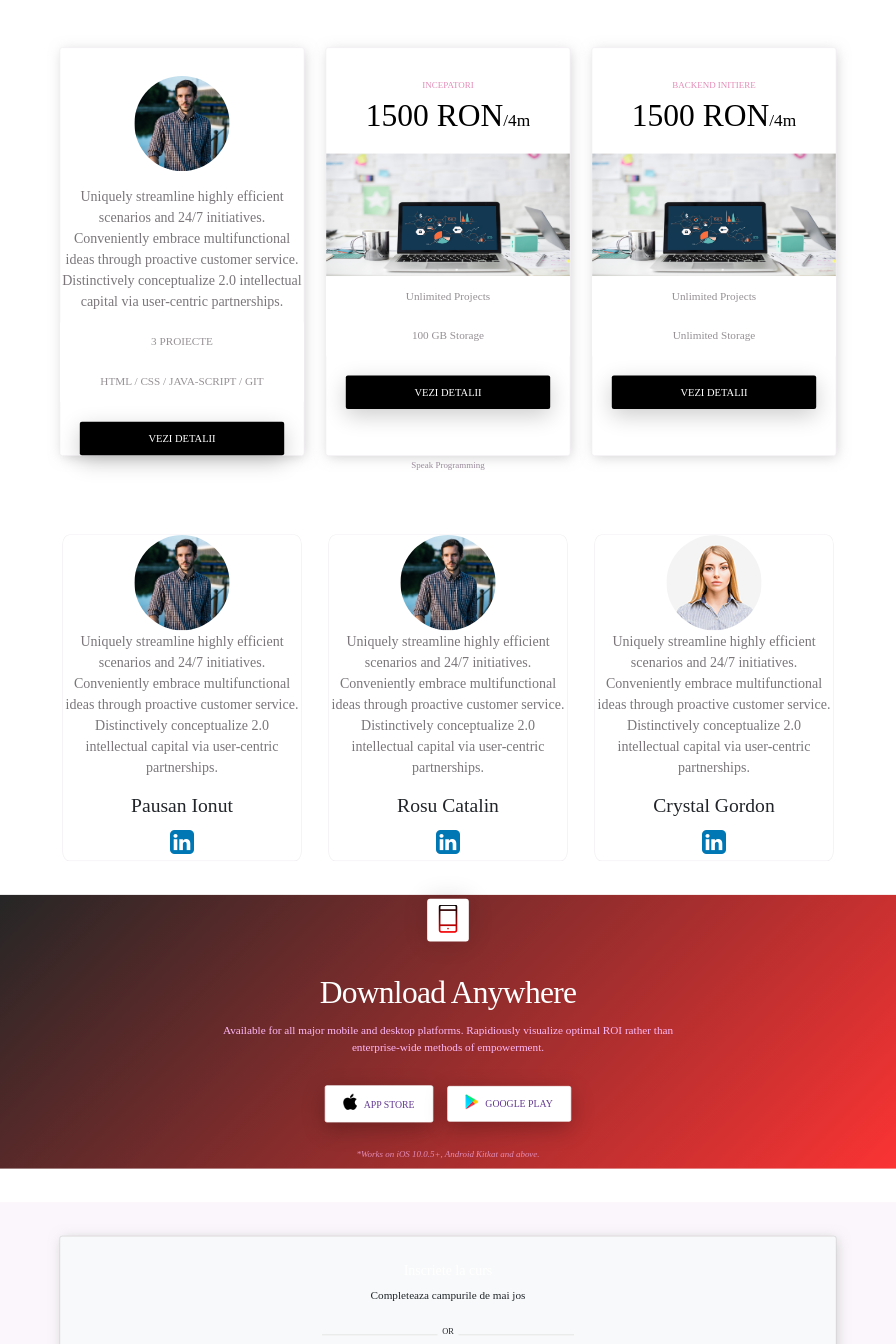
Repository: RosuCatalinDorin/ITSchool
Page: home-page/index.html
An editor plug-in stored every save of this project. The page is shown before and after the next save, followed by the edit.
The browser window is 1280 px wide. The pictures show the part of the page from y = 1398 to 3318 px (the page is 4219 px tall before and 4211 px after), at 70% of full size.
Some web libraries are served in a nearby version.

Above is the page before, as saved 2019-03-13 18:30:46.

After the next save:
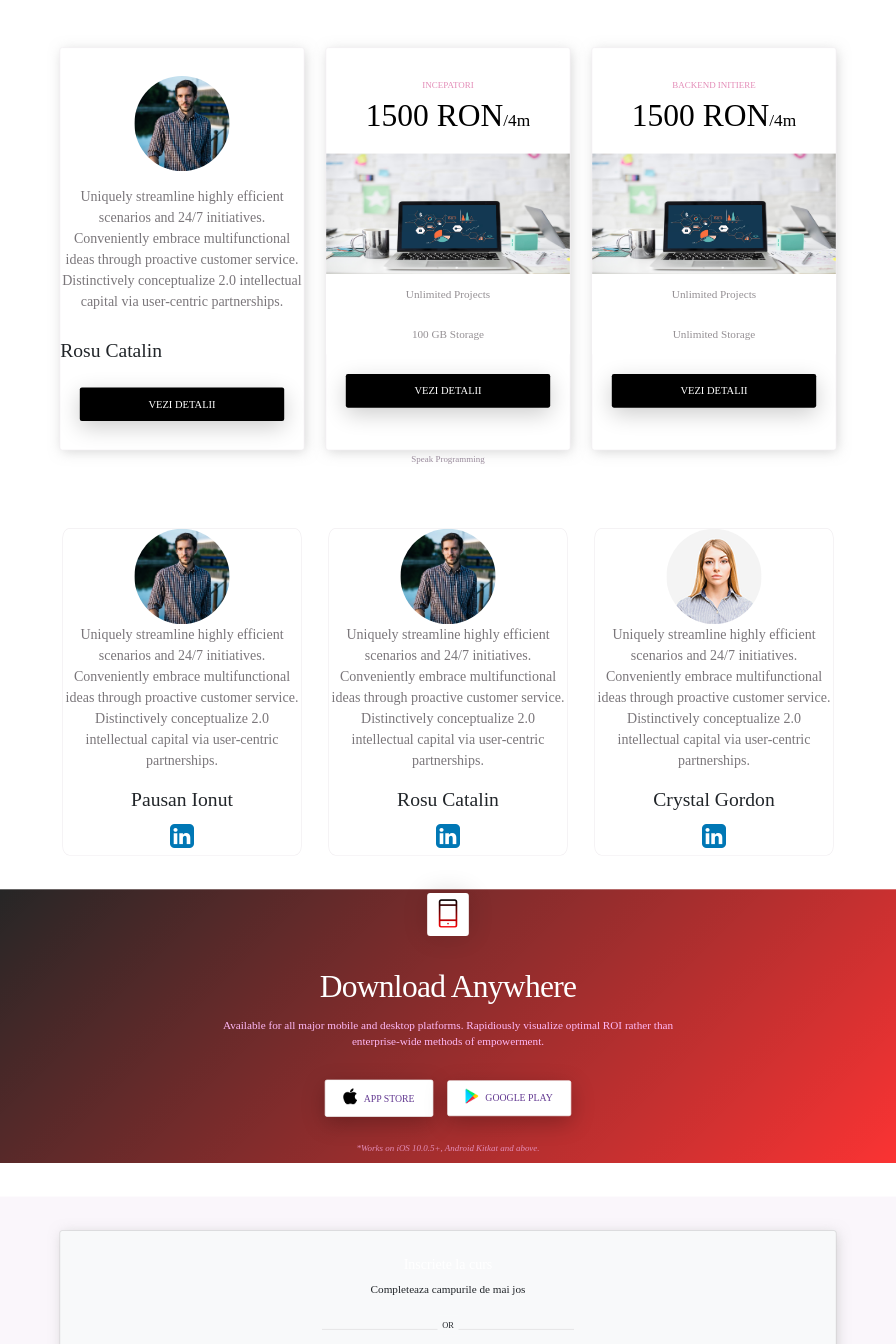
Saved 34 s later.
--- a/home-page/index.html
+++ b/home-page/index.html
@@ -149,8 +149,7 @@
                         </div>
                         <blockquote class="blockquote text-center">Uniquely streamline highly efficient scenarios and 24/7 initiatives. Conveniently embrace multifunctional ideas through proactive customer service. Distinctively conceptualize 2.0 intellectual capital via user-centric partnerships.</blockquote>
                         <ul class="list-group list-group-flush">
-                            <div class="list-group-item">3 PROIECTE</div>
-                            <div class="list-group-item">HTML / CSS / JAVA-SCRIPT / GIT</div>
+                            <h5 class="mt-4 mb-2">Rosu Catalin</h5>
                         </ul>
                         <div class="card-body">
                             <a href="screens/curs.html" class="btn btn-primary btn-lg btn-block">Vezi detalii</a>
